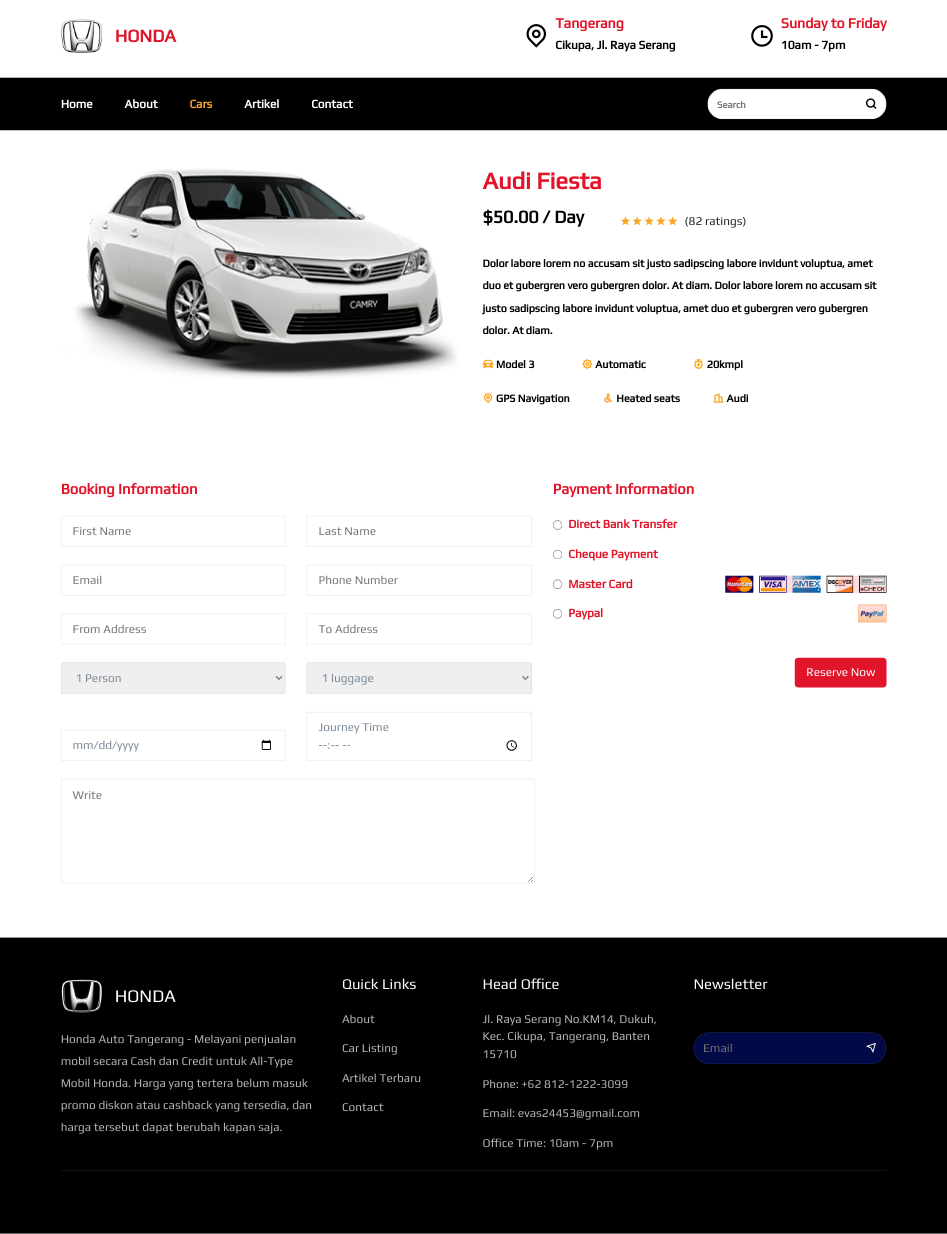
Repository: stevenxylver/Honda
Page: /cars/Audi Fiesta
The author's editor kept a copy of each file at every save. The page is drawn from the files as they stood at one save, then again after the next save.
The browser window is 1280 px wide. The pictures show the whole page, at 74% of full size.
The project was rebuilt for these pictures with package versions that can differ from the ones it lists, and the page was loaded fresh each time. Also part of the build but not shown: src/styles/hero-slider.css, src/components/UI/HeroSlider.jsx, src/components/UI/FindCarForm.jsx, src/components/UI/AboutSection.jsx, src/styles/services-list.css, src/assets/data/serviceData.js, src/components/UI/ServicesList.jsx, src/components/UI/Example.jsx and 23 more.

Above is the page before, as saved 2022-11-20 14:20:33.

After the next save:
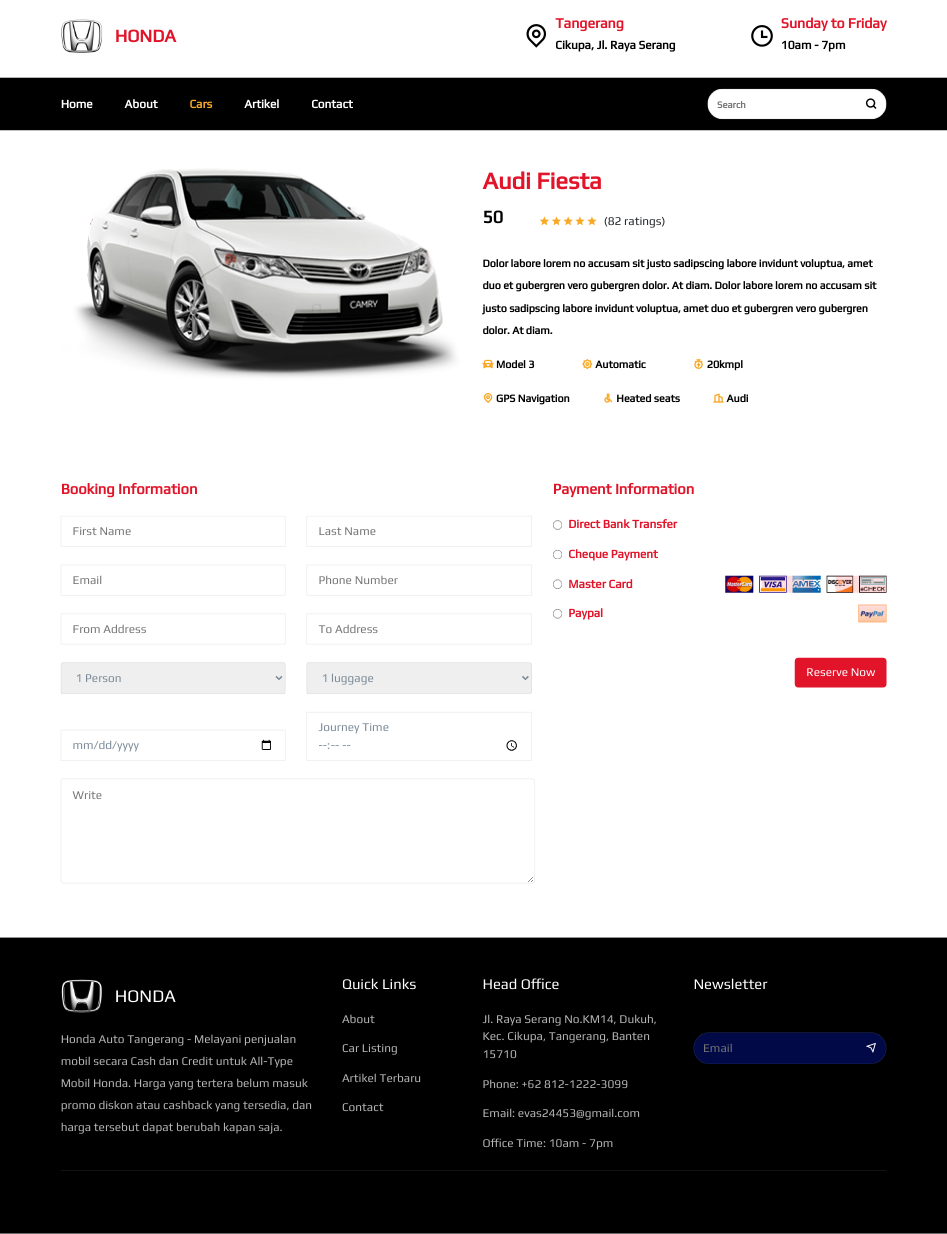
Saved 51 s later.
--- a/src/pages/CarDetails.jsx
+++ b/src/pages/CarDetails.jsx
@@ -31,7 +31,7 @@
 
                 <div className=" d-flex align-items-center gap-5 mb-4 mt-3">
                   <h6 className="rent__price fw-bold fs-4">
-                    ${singleCarItem.price}.00 / Day
+                    {singleCarItem.price}
                   </h6>
 
                   <span className=" d-flex align-items-center gap-2">
